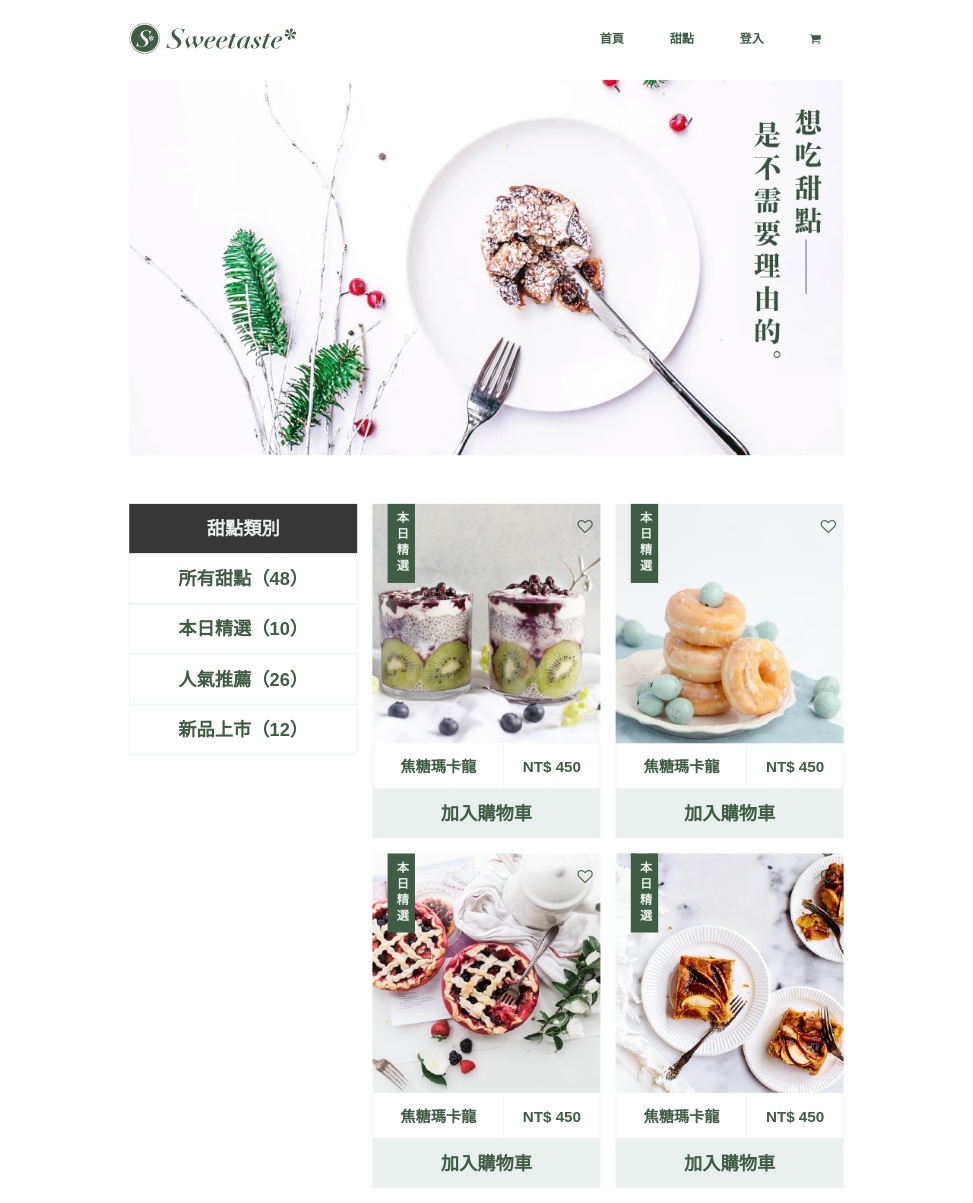
Repository: michelle61219/Sweets
Page: index.html
These files come from the project's save history. The page is drawn as it stood at one moment and after the next save; the edit follows.
The browser window is 1280 px wide. The pictures show the whole page, at 76% of full size.

Above is the page before, as saved 2021-06-13 15:47:02.

After the next save:
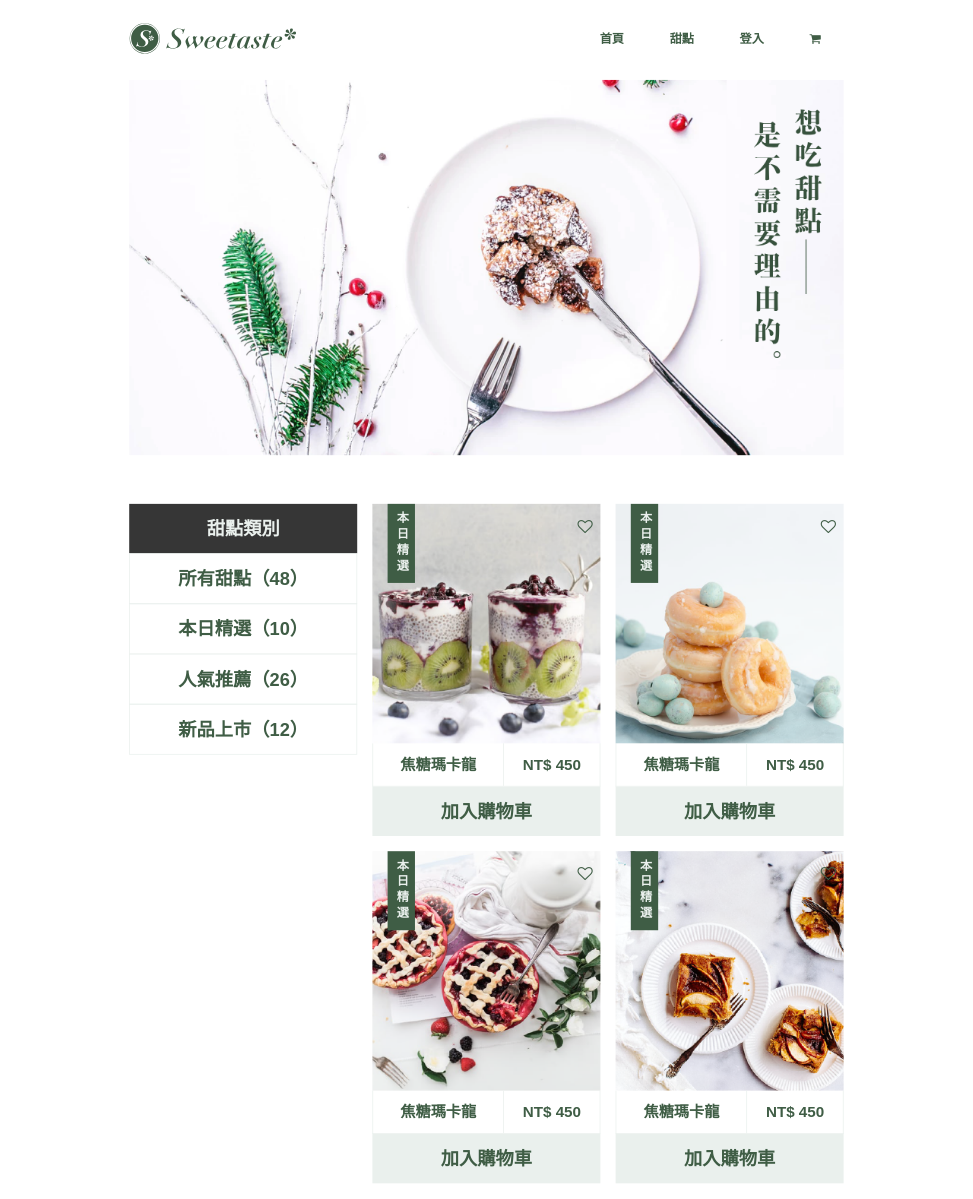
Saved 11 min 36 s later.
--- a/style.css
+++ b/style.css
@@ -216,6 +216,9 @@ a {
 	flex-wrap: wrap;
 	justify-content: space-between;
 }
+.productList-card img {
+	display: block;
+}
 .productList-card li {
 	width: 300px;
 	position: relative;
